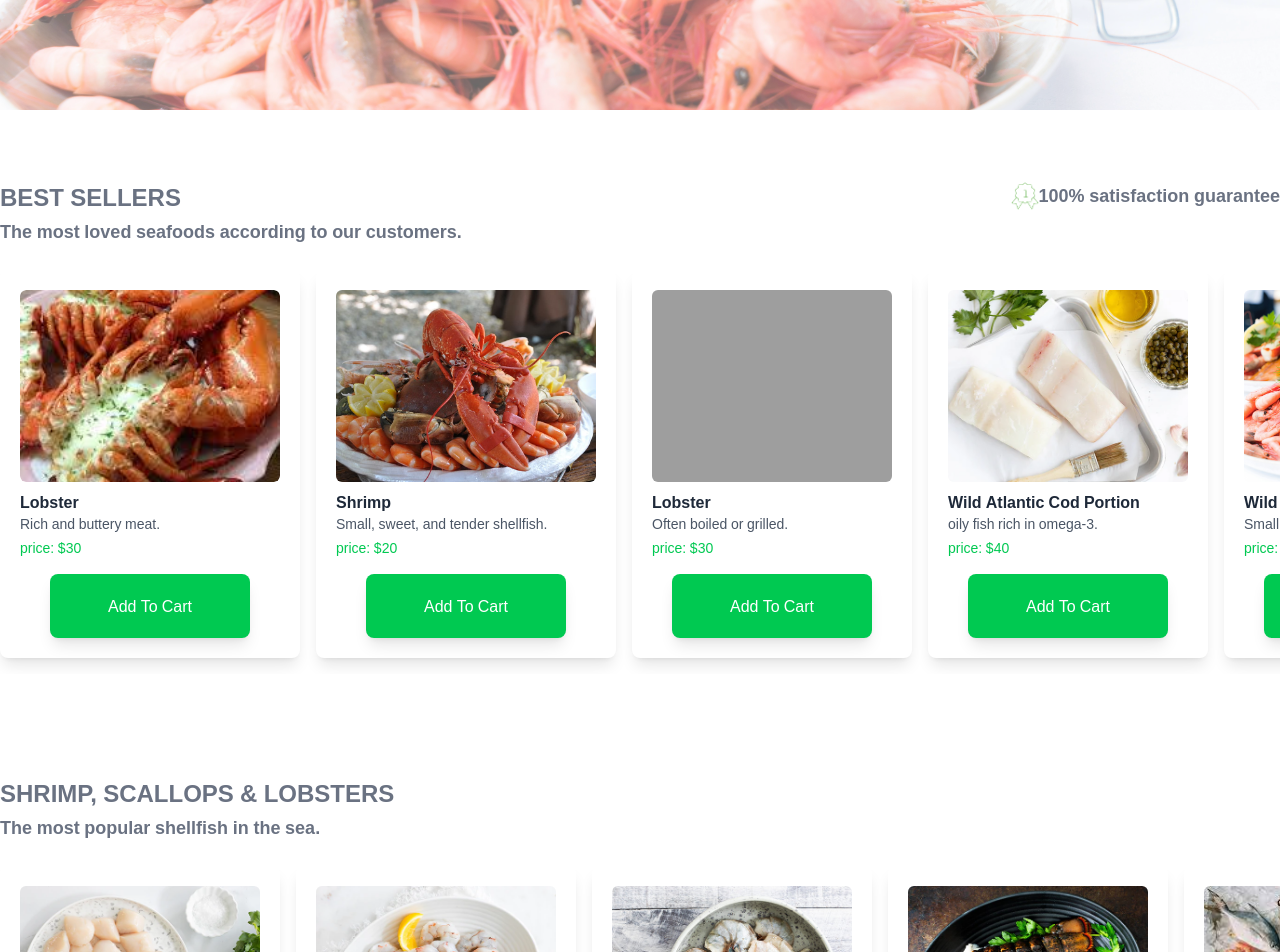
Repository: KongRucifer/SeaFood-Shop
Page: /modules/home/views
These files come from the project's save history. The page is drawn as it stood at one moment and after the next save; the edit follows.
The browser window is 1280 px wide. The pictures show the part of the page from y = 410 to 1362 px (the page is 3300 px tall).
Pictures or frames that could not be fetched are drawn as grey boxes. The project was rebuilt for these pictures with package versions that can differ from the ones it lists, and the page was loaded fresh each time. The framework's server and built-in components were replaced by stand-ins that run in the browser. Also part of the build but not shown: next.config.ts.

Above is the page before, as saved 2025-06-25 20:39:16.

After the next save:
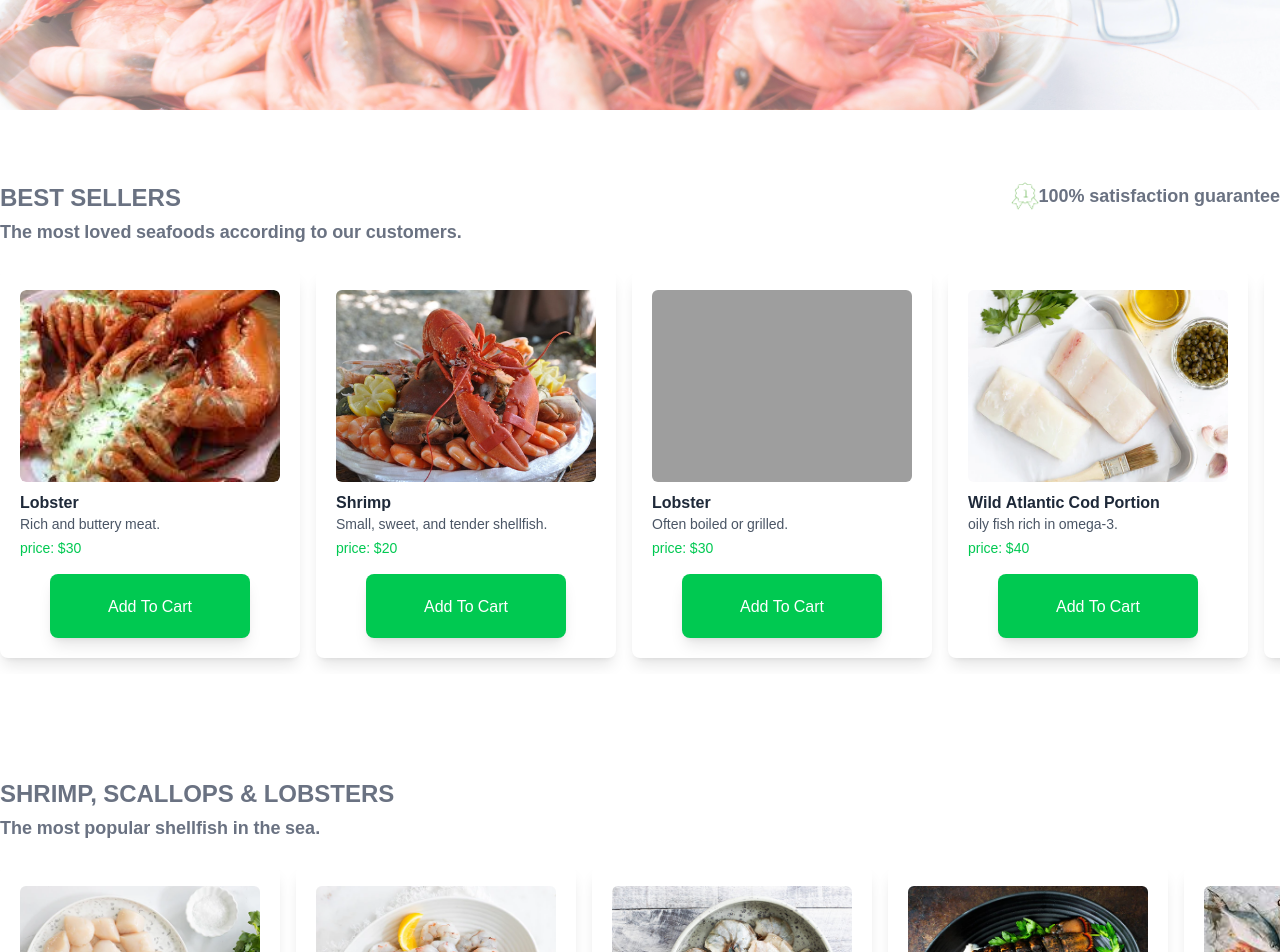
Saved 9 s later.
--- a/src/app/modules/home/components/Best_Sellers.component.tsx
+++ b/src/app/modules/home/components/Best_Sellers.component.tsx
@@ -64,7 +64,7 @@ export default async function Best_Sellers() {
         </div>
 
         {/* Card 3 */}
-        <div className="w-70 flex-shrink-0 bg-white rounded-lg shadow-lg p-5 transform transition duration-300 hover:scale-105">
+        <div className="w-75 flex-shrink-0 bg-white rounded-lg shadow-lg p-5 transform transition duration-300 hover:scale-105">
           <div>
             <img
               src="/images/kapu.jpg"
@@ -85,7 +85,7 @@ export default async function Best_Sellers() {
         </div>
         {/* Card 4 */}
 
-        <div className="w-70 flex-shrink-0 bg-white rounded-lg shadow-lg p-5 transform transition duration-300 hover:scale-105">
+        <div className="w-75 flex-shrink-0 bg-white rounded-lg shadow-lg p-5 transform transition duration-300 hover:scale-105">
           <div>
             <img
               src="/images/fishwhite.webp"
@@ -108,7 +108,7 @@ export default async function Best_Sellers() {
         </div>
         {/* Card 5 */}
 
-        <div className="w-70 flex-shrink-0 bg-white rounded-lg shadow-lg p-5 transform transition duration-300 hover:scale-105">
+        <div className="w-75 flex-shrink-0 bg-white rounded-lg shadow-lg p-5 transform transition duration-300 hover:scale-105">
           <div>
             <img
               src="/images/food.jpg"
